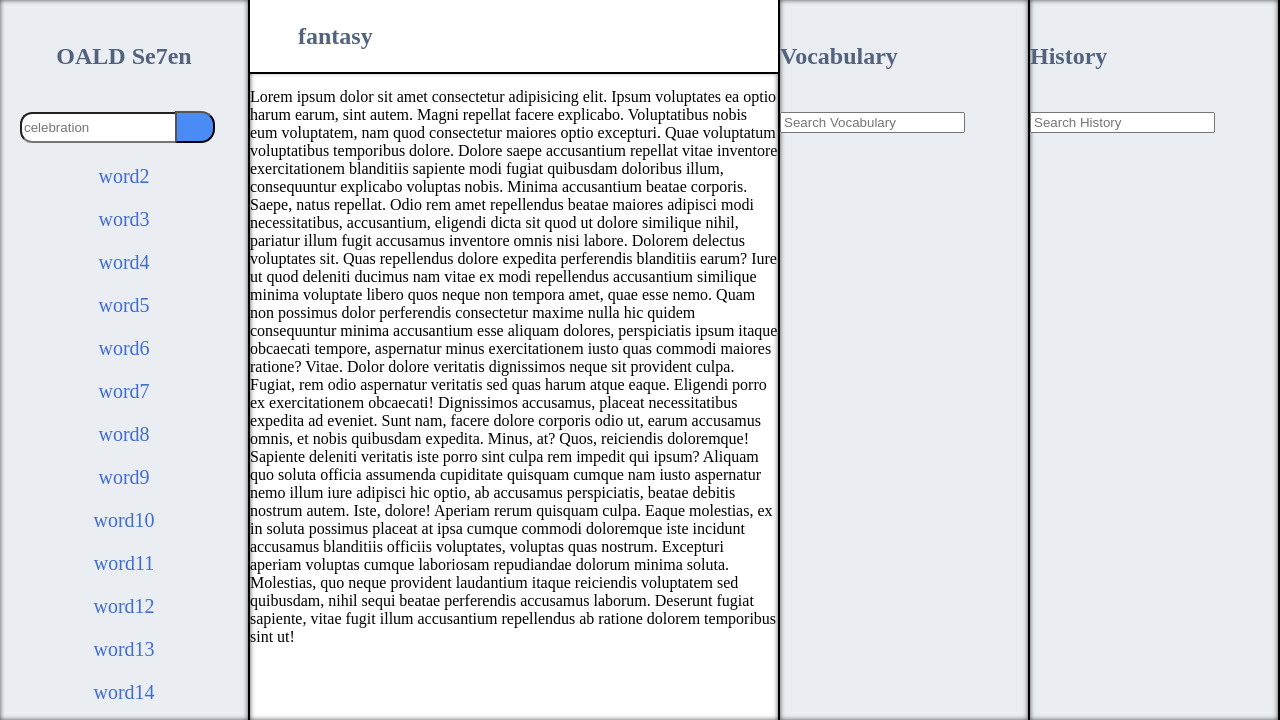
Repository: JJianZ/miao
Page: a.html
These files come from the project's save history. The page is drawn as it stood at one moment and after the next save; the edit follows.
The browser window is 1280 px wide. The pictures show the whole page.

Above is the page before, as saved 2021-11-23 10:48:36.

### a.html
<!DOCTYPE html>
<html lang="en">
<head>
  <meta charset="UTF-8">
  <meta http-equiv="X-UA-Compatible" content="IE=edge">
  <meta name="viewport" content="width=device-width, initial-scale=1.0">
  <title>Document</title>
  <style>
    html,body {
      margin: 0;
      padding: 0;
      height: 100%;
    }

    div {
      /* width: 100%; */
      height: 100%;
      position: relative;
      min-width: 300px;
      overflow: auto;
    }
    div > * {
      box-shadow:0px 0px 5px rgba(0,0,0,0.7) inset;
    }
    aside {
      position: absolute;
      width: 250px;
      height: 100%;
      background-color: #eaeef3;
      border-right: black 2px solid;
      box-sizing: border-box;
      overflow: auto;
    }
    h2 {
      position: relative;
      height: 72px;
      line-height: 72px;
      color: #53637d;
    }
    .first h2 {
      text-align: center;
    }
    .first input {
      position: absolute;
      height: 25px;
      width: 150px;
      left: 20px;
      border-radius: 12px 0  0  12px;
    }
    .first button {
      position: absolute;
      background-color: #4a8bf5;
      height: 32px;
      width: 40px;
      top: 111px;
      left: 175px;
      border-radius: 0 14px 14px 0;
    }
    .first ul {
      padding: 0;
      list-style: none;
      font-size: 20px;
      text-align: center;
    }
    .first ul a {
      color: #426dd0;
      text-decoration: none;
      display: inline-block;
      padding: 10px 0;
    }
    .first ul a:hover {
      width: 100%;
      color: black;
      background-color: #bbcee9;
    }
    header {
      position: absolute;
      left: 250px;
      height: 72px;
      right: 500px;
      line-height: 70px;
      border-bottom: black 2px solid;
      border-right: black 2px solid;
      box-shadow: none;
    }
    header h2 {
      left: 2em;
      top: -20px;
    }
    main {
      position: absolute;
      top: 72px;
      left: 250px;
      right: 500px;
      bottom: 0;
      border-right: black 2px solid;
      overflow: auto;
    }
    .second {
      right: 250px;
    }
    .third {
      right: 0px;
    }
  </style>
</head>
<body>
  <div>
    <aside class="first">
      <h2>OALD Se7en</h2>
      <input type="text" placeholder="celebration">
      <button></button>
      <ul>
        <li><a href="#">word1</a></li>
        <li><a href="#">word2</a></li>
        <li><a href="#">word3</a></li>
        <li><a href="#">word4</a></li>
        <li><a href="#">word5</a></li>
        <li><a href="#">word6</a></li>
        <li><a href="#">word7</a></li>
        <li><a href="#">word8</a></li>
        <li><a href="#">word9</a></li>
        <li><a href="#">word10</a></li>
        <li><a href="#">word11</a></li>
        <li><a href="#">word12</a></li>
        <li><a href="#">word13</a></li>
        <li><a href="#">word14</a></li>
        <li><a href="#">word15</a></li>
        <li><a href="#">word16</a></li>
        <li><a href="#">word17</a></li>
        <li><a href="#">word18</a></li>
        <li><a href="#">word19</a></li>
        <li><a href="#">word20</a></li>
        <li><a href="#">word21</a></li>
        <li><a href="#">word22</a></li>
        <li><a href="#">word23</a></li>
        <li><a href="#">word24</a></li>
        <li><a href="#">word25</a></li>
        <li><a href="#">word26</a></li>
        <li><a href="#">word27</a></li>
        <li><a href="#">word28</a></li>
        <li><a href="#">word29</a></li>
        <li><a href="#">word30</a></li>
      </ul>
    </aside>
    <header>
      <h2>fantasy</h2>
    </header>
    <main>
      <p>
        Lorem ipsum dolor sit amet consectetur adipisicing elit. Ipsum voluptates ea optio harum earum, sint autem. Magni repellat facere explicabo. Voluptatibus nobis eum voluptatem, nam quod consectetur maiores optio excepturi.
        Quae voluptatum voluptatibus temporibus dolore. Dolore saepe accusantium repellat vitae inventore exercitationem blanditiis sapiente modi fugiat quibusdam doloribus illum, consequuntur explicabo voluptas nobis. Minima accusantium beatae corporis. Saepe, natus repellat.
        Odio rem amet repellendus beatae maiores adipisci modi necessitatibus, accusantium, eligendi dicta sit quod ut dolore similique nihil, pariatur illum fugit accusamus inventore omnis nisi labore. Dolorem delectus voluptates sit.
        Quas repellendus dolore expedita perferendis blanditiis earum? Iure ut quod deleniti ducimus nam vitae ex modi repellendus accusantium similique minima voluptate libero quos neque non tempora amet, quae esse nemo.
        Quam non possimus dolor perferendis consectetur maxime nulla hic quidem consequuntur minima accusantium esse aliquam dolores, perspiciatis ipsum itaque obcaecati tempore, aspernatur minus exercitationem iusto quas commodi maiores ratione? Vitae.
        Dolor dolore veritatis dignissimos neque sit provident culpa. Fugiat, rem odio aspernatur veritatis sed quas harum atque eaque. Eligendi porro ex exercitationem obcaecati! Dignissimos accusamus, placeat necessitatibus expedita ad eveniet.
        Sunt nam, facere dolore corporis odio ut, earum accusamus omnis, et nobis quibusdam expedita. Minus, at? Quos, reiciendis doloremque! Sapiente deleniti veritatis iste porro sint culpa rem impedit qui ipsum?
        Aliquam quo soluta officia assumenda cupiditate quisquam cumque nam iusto aspernatur nemo illum iure adipisci hic optio, ab accusamus perspiciatis, beatae debitis nostrum autem. Iste, dolore! Aperiam rerum quisquam culpa.
        Eaque molestias, ex in soluta possimus placeat at ipsa cumque commodi doloremque iste incidunt accusamus blanditiis officiis voluptates, voluptas quas nostrum. Excepturi aperiam voluptas cumque laboriosam repudiandae dolorum minima soluta.
        Molestias, quo neque provident laudantium itaque reiciendis voluptatem sed quibusdam, nihil sequi beatae perferendis accusamus laborum. Deserunt fugiat sapiente, vitae fugit illum accusantium repellendus ab ratione dolorem temporibus sint ut!
      </p>
    </main>
    <aside class="second">
      <h2>Vocabulary</h2>
      <input type="text" placeholder="Search Vocabulary">
    </aside>
    <aside class="third">
      <h2>History</h2>
      <input type="text" placeholder="Search History">
    </aside>
  </div>
</body>
</html>

After the next save:
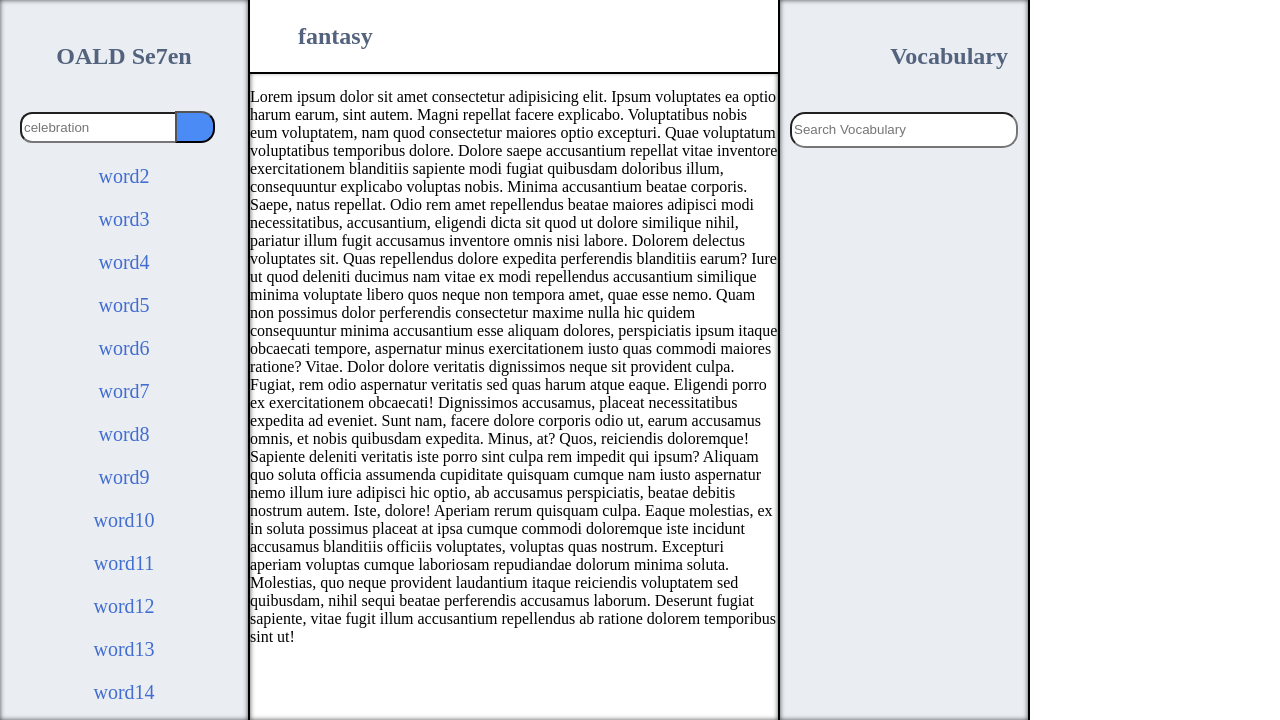
Saved 17 s later.
--- a/a.html
+++ b/a.html
@@ -101,6 +101,35 @@
     }
     .third {
       right: 0px;
+    }
+    .second h2 {
+      position: relative;
+      text-align: right;
+      right: 20px;
+    }
+    .second input {
+      position: relative;
+      left:  10px;
+      width: 220px;
+      height: 30px;
+      border-radius: 15px;
+    }
+
+    .third {
+      left: calc(100% - 250px);
+      top: -300%;
+    }
+    .third h2 {
+      position: relative;
+      text-align: right;
+      right: 20px;
+    }
+    .third input {
+      position: relative;
+      left:  10px;
+      width: 220px;
+      height: 30px;
+      border-radius: 15px;
     }
   </style>
 </head>
